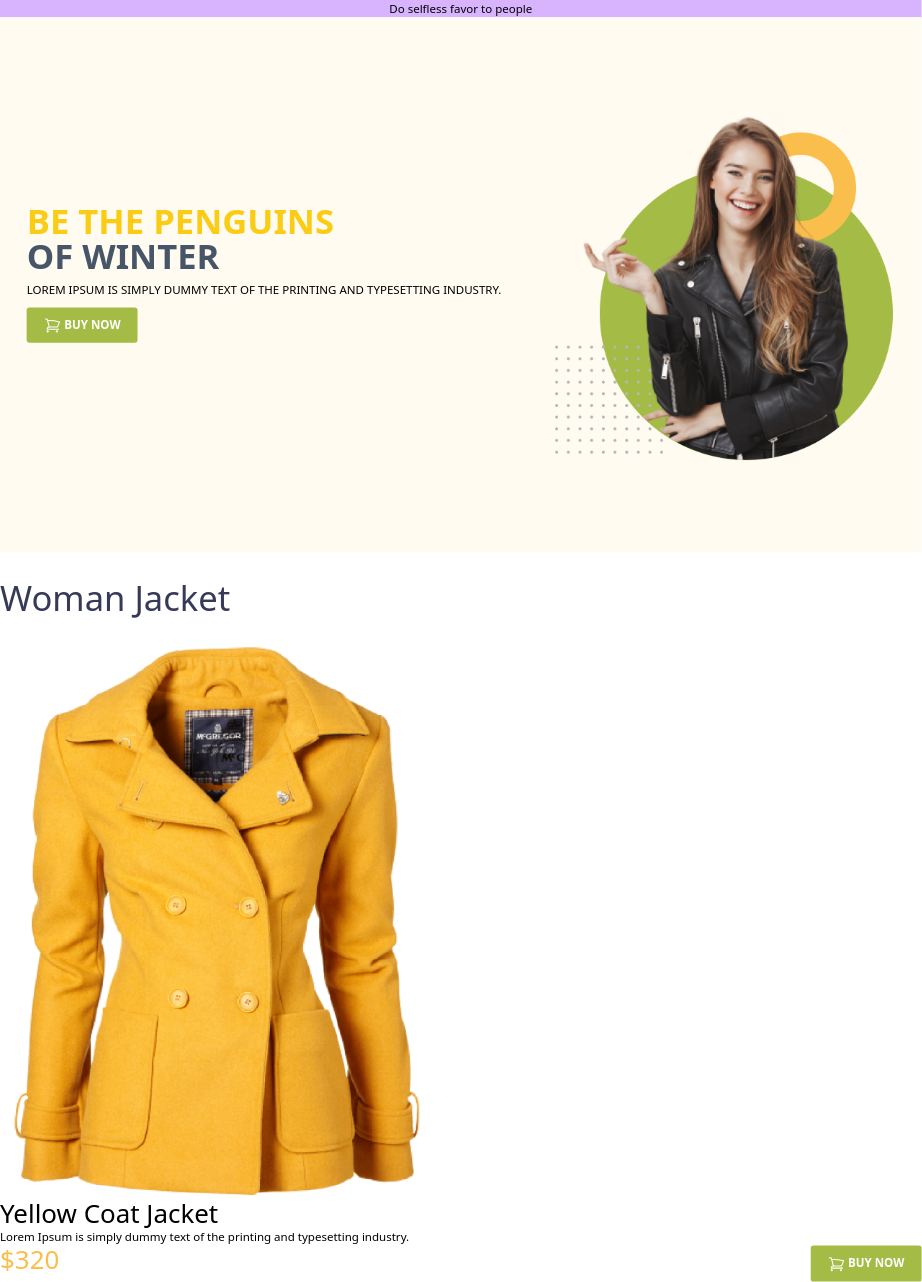
Repository: zjria/penguin-e-commerce-fashion
Page: index.html
The author's editor kept a copy of each file at every save. The page is drawn from the files as they stood at one save, then again after the next save.
The browser window is 1280 px wide. The pictures show the whole page, at 72% of full size.
Some web libraries are served in a nearby version.

Above is the page before, as saved 2022-10-07 07:24:35.

### index.html
<!DOCTYPE html>
<html lang="en">

<head>
    <meta charset="UTF-8">
    <meta http-equiv="X-UA-Compatible" content="IE=edge">
    <meta name="viewport" content="width=device-width, initial-scale=1.0">
    <title>Penguin E-commerce</title>
    <!-- Google Fonts Link -->
    <link rel="preconnect" href="https://fonts.googleapis.com">
    <link rel="preconnect" href="https://fonts.gstatic.com" crossorigin>
    <link href="https://fonts.googleapis.com/css2?family=Bebas+Neue&family=Roboto:wght@100;300;400;500&display=swap"
        rel="stylesheet">

    <!-- Tailwind CSS CDN link -->
    <script src="https://cdn.tailwindcss.com"></script>
    <script>
        tailwind.config = {
            theme: {
                extend: {
                    colors: {
                        clifford: '#da373d',
                        header_bg: '#FFFBF0',
                        main_text_color: '#363958',
                        price_color: '#FABE4C',
                    }
                }
            }
        }
    </script>
</head>

<body>
    <h2 class="bg-purple-300 text-center font-header_text">Do selfless favor to people</h2>


    <!-- Header Section -->
    <header class="bg-header_bg pb-32 pt-24">
        <section class="container mx-auto uppercase sm:flex items-center justify-around">
            <div class="space-y-3">
                <h1 class="text-2xl sm:text-5xl font-bold font-header_text">
                    <span class="text-yellow-400">Be the Penguins</span> <br>
                    <span class="text-slate-600">of Winter</span>
                </h1>
                <p class="font-anther_text">Lorem Ipsum is simply dummy text of the printing
                    and typesetting industry.</p>
                <button class="uppercase bg-[#A4BC46] py-3 px-6 text-white font-semibold rounded font-anther_text"> <svg
                        xmlns="http://www.w3.org/2000/svg" fill="none" viewBox="0 0 24 24" stroke-width="1.5"
                        stroke="currentColor" class="w-6 h-6 inline text-white">
                        <path stroke-linecap="round" stroke-linejoin="round"
                            d="M2.25 3h1.386c.51 0 .955.343 1.087.835l.383 1.437M7.5 14.25a3 3 0 00-3 3h15.75m-12.75-3h11.218c1.121-2.3 2.1-4.684 2.924-7.138a60.114 60.114 0 00-16.536-1.84M7.5 14.25L5.106 5.272M6 20.25a.75.75 0 11-1.5 0 .75.75 0 011.5 0zm12.75 0a.75.75 0 11-1.5 0 .75.75 0 011.5 0z" />
                    </svg>
                    Buy Now</button>
            </div>
            <div class="pt-8 sm:pt-8">
                <img class=" w-1/2 sm:w-full" src="images/model.png" alt="">
            </div>
        </section>
    </header>

    <!-- Main Section Start -->
    <main>
        <section class="container mx-auto">
            <h2 class="text-5xl my-10 text-main_text_color font-header_text">Woman Jacket</h2>
            <div class="grid-cols-3">
                <div class="card-information">
                    <img src="images/jacket-1.png" alt="">
                    <h3 class="text-4xl">Yellow Coat Jacket</h3>
                    <p>Lorem Ipsum is simply dummy text of the
                        printing and typesetting industry.</p>
                    <div class="price_button flex justify-between">
                        <h3 class="text-4xl text-price_color">$320</h3>
                        <button
                            class="uppercase bg-[#A4BC46] py-3 px-6 text-white font-semibold rounded font-anther_text">
                            <svg xmlns="http://www.w3.org/2000/svg" fill="none" viewBox="0 0 24 24" stroke-width="1.5"
                                stroke="currentColor" class="w-6 h-6 inline text-white">
                                <path stroke-linecap="round" stroke-linejoin="round"
                                    d="M2.25 3h1.386c.51 0 .955.343 1.087.835l.383 1.437M7.5 14.25a3 3 0 00-3 3h15.75m-12.75-3h11.218c1.121-2.3 2.1-4.684 2.924-7.138a60.114 60.114 0 00-16.536-1.84M7.5 14.25L5.106 5.272M6 20.25a.75.75 0 11-1.5 0 .75.75 0 011.5 0zm12.75 0a.75.75 0 11-1.5 0 .75.75 0 011.5 0z" />
                            </svg>
                            Buy Now</button>
                    </div>
                </div>
            </div>
        </section>
    </main>

</body>

</html>

After the next save:
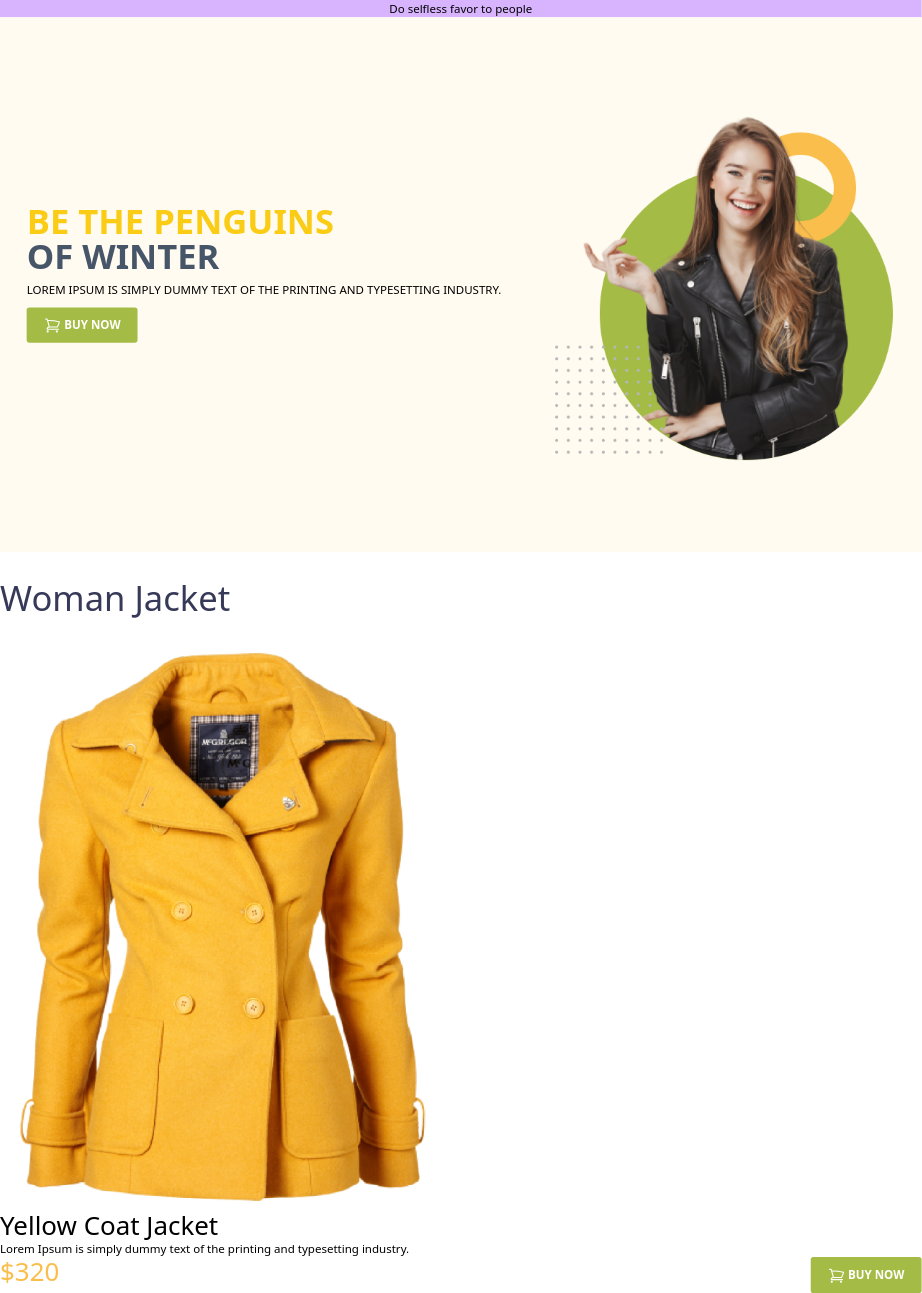
Saved 4 min 44 s later.
--- a/index.html
+++ b/index.html
@@ -63,12 +63,14 @@
         <section class="container mx-auto">
             <h2 class="text-5xl my-10 text-main_text_color font-header_text">Woman Jacket</h2>
             <div class="grid-cols-3">
-                <div class="card-information">
-                    <img src="images/jacket-1.png" alt="">
+                <div class="">
+                    <div class="p-2">
+                        <img src="images/jacket-1.png" alt="">
+                    </div>
                     <h3 class="text-4xl">Yellow Coat Jacket</h3>
                     <p>Lorem Ipsum is simply dummy text of the
                         printing and typesetting industry.</p>
-                    <div class="price_button flex justify-between">
+                    <div class="flex justify-between">
                         <h3 class="text-4xl text-price_color">$320</h3>
                         <button
                             class="uppercase bg-[#A4BC46] py-3 px-6 text-white font-semibold rounded font-anther_text">
